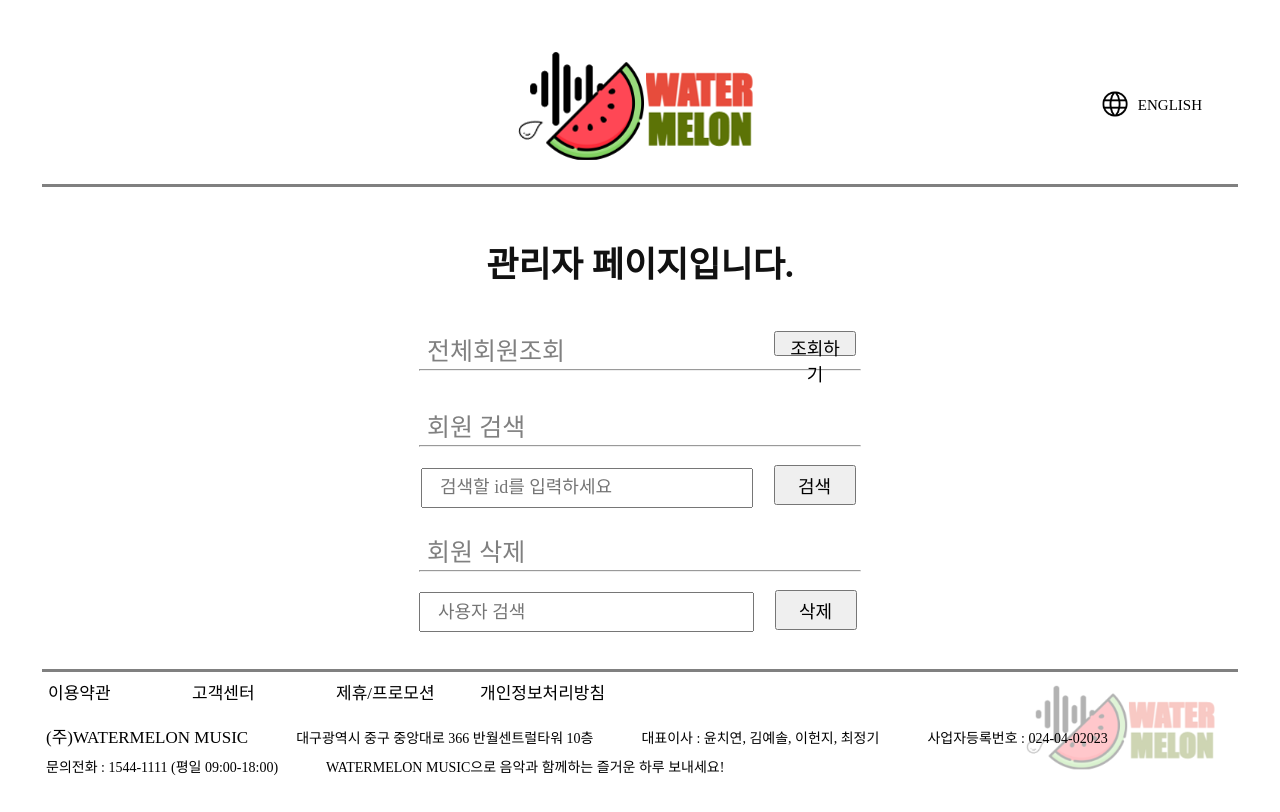
Repository: anchobb/TEAM_STS
Page: http://localhost/PJ_TEAM01/WEB-INF/views/member/member.jsp
These files come from the project's save history. The page is drawn as it stood at one moment and after the next save; the edit follows.
The browser window is 1280 px wide. The pictures show the whole page.
Some web fonts or font styles are not loaded; a fallback is used. Some web libraries are served in a nearby version. The page is served by Tomcat 9. Nobody is signed in. The template is opened directly, without the code that normally fills it, so the values that code supplies are empty.

Above is the page before, as saved 2023-09-11 05:39:37.

After the next save:
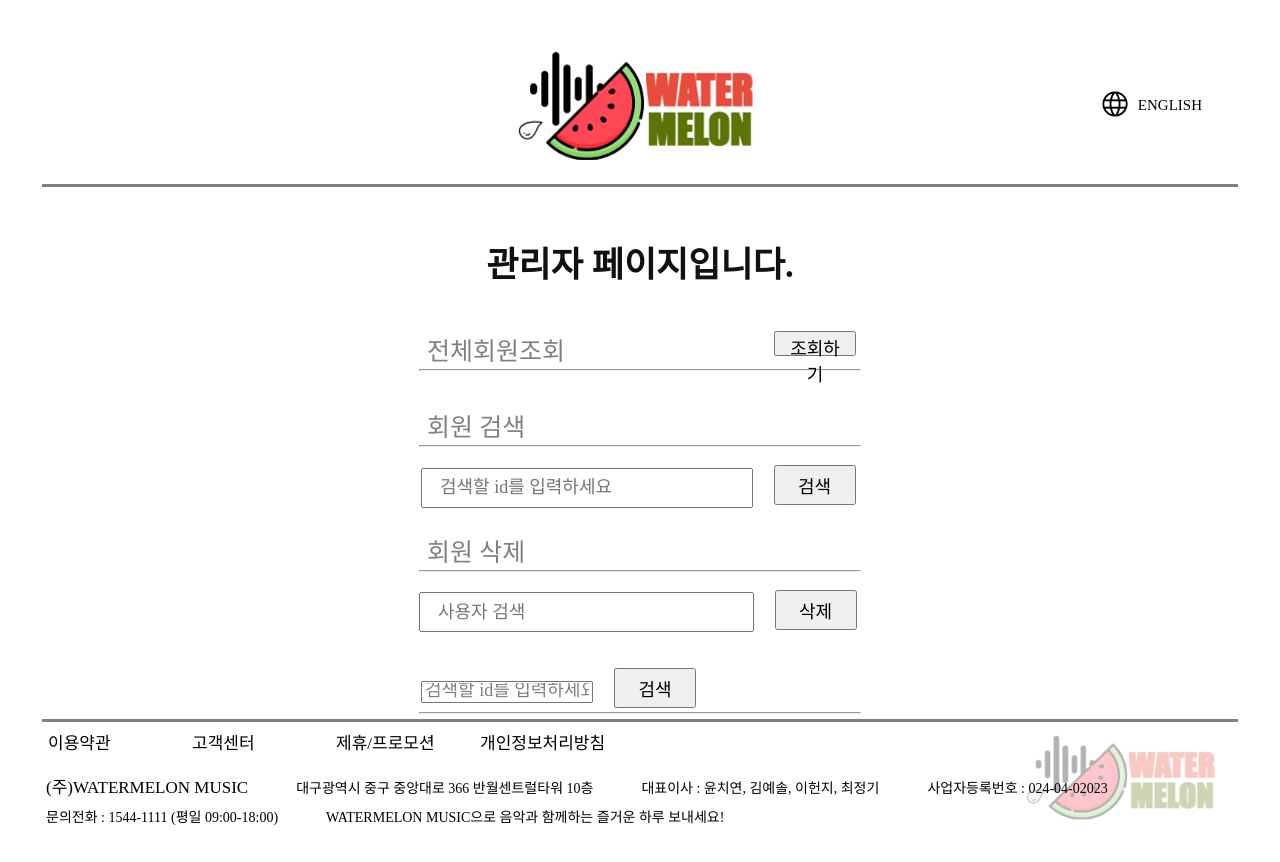
Saved 116 s later.
--- a/PJ_TEAM01/src/main/webapp/WEB-INF/views/member/member.jsp
+++ b/PJ_TEAM01/src/main/webapp/WEB-INF/views/member/member.jsp
@@ -77,7 +77,7 @@
 		</c:forEach>
     </div>
     <hr />
-
+--%>
 
     <form action="member/search" method="post">
     <div class="search_block" style= display="none">
@@ -86,7 +86,7 @@
     </div>
     <div class="oneshowBlock"></div>
     <hr />
-	</form>  --%>
+	</form>
 
 </section>
 <footer>
@@ -166,9 +166,9 @@
         	})
 	            .then(function (response) {
 	                // 성공적으로 서버에서 응답을 받았을 때 처리
+	                window.location.href = '/app/member/member';
 	                alert('삭제가 완료되었습니다.');
 	                // 원하는 추가 동작 수행
-	                window.location.href = '/app/member/member';
 	            })
 	            .catch(function (error) {
 	            	if (error.response) {
@@ -178,7 +178,7 @@
 	                }
 	                // 오류가 발생했을 때 처리
 	                alert('삭제에 실패했습니다.');
-	                window.location.href = '/app/member/member';
+
 	            });
 	    });
 	});
